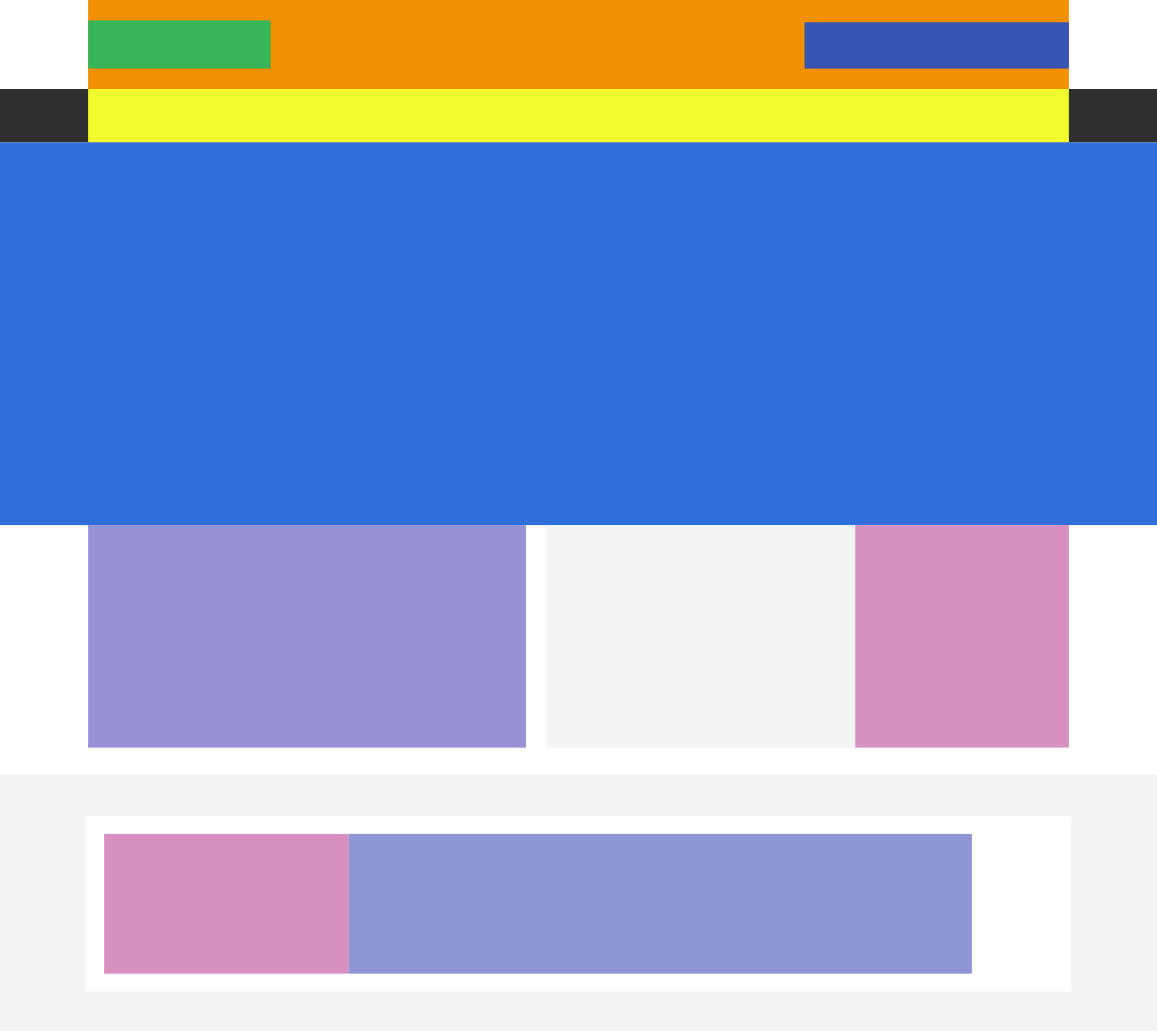
Repository: A1LExX/H5_study_set
Page: day04/扣丁.html
These files come from the project's save history. The page is drawn as it stood at one moment and after the next save; the edit follows.
The browser window is 1280 px wide. The page is 1300 px wide, so the pictures cover 1300 px, including what lies to the right of the window. The pictures show the whole page, at 89% of full size.

Above is the page before, as saved 2021-06-24 20:35:02.

After the next save:
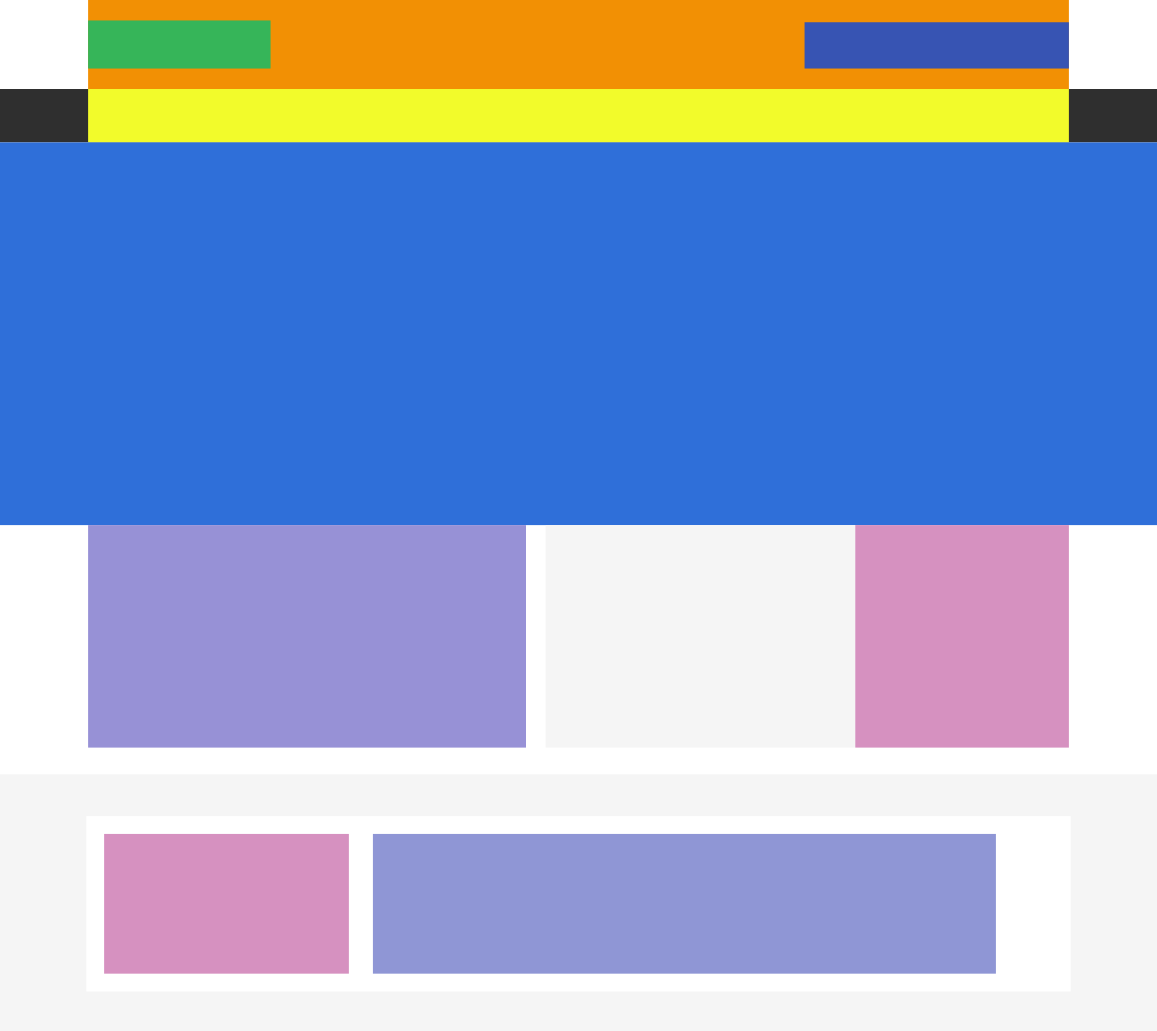
Saved 35 s later.
--- a/day04/css/codingke.css
+++ b/day04/css/codingke.css
@@ -2,7 +2,7 @@
  * @author [Alex Wei]
  * @email [w2262196@outlook.com]
  * @create date 2021-06-24 13:00:50
- * @modify date 2021-06-24 20:35:02
+ * @modify date 2021-06-24 20:35:37
  * @desc [description]
  */
 *{
@@ -102,6 +102,7 @@
     height: 157px;
     background: #d691c0;
     float: left;
+    margin-right: 27px;
 
 }
 .con4Box2{
